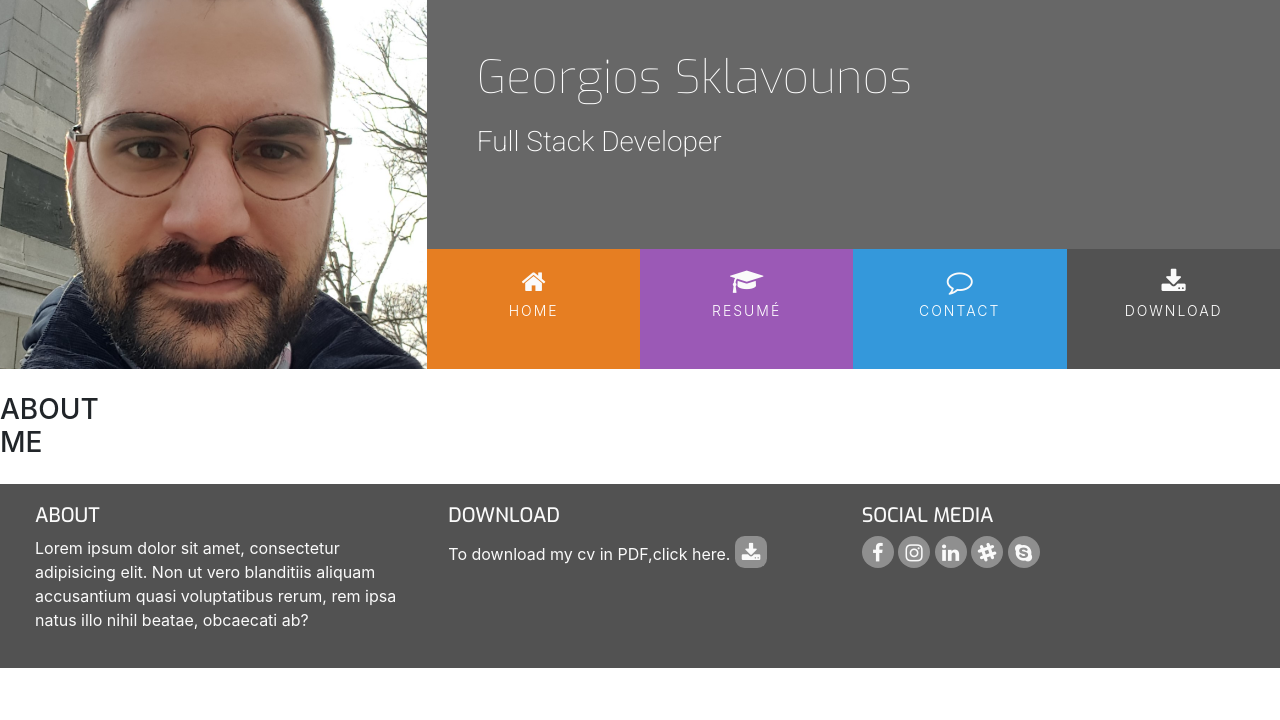
Repository: GeorgiosSklav/MyResume
Page: index.html
The author's editor kept a record of every edit. The page is drawn from the files as they stood at one moment, then again after the next edit.
The browser window is 1280 px wide. The pictures show the whole page.

Above is the page before.

### index.html
<!DOCTYPE html>
<html lang="en">

<head>
    <meta charset="UTF-8">
    <meta name="viewport" content="width=device-width, initial-scale=1.0">
    <meta http-equiv="X-UA-Compatible" content="ie=edge">
    <link rel="stylesheet" href="https://stackpath.bootstrapcdn.com/bootstrap/4.3.1/css/bootstrap.min.css" type="text/css" />
    <link rel="stylesheet" href="https://stackpath.bootstrapcdn.com/font-awesome/4.7.0/css/font-awesome.min.css" type="text/css" />
    <link rel="stylesheet" href="assets/css/style.css" type="text/css" />
    <link rel="stylesheet" href="https://cdnjs.cloudflare.com/ajax/libs/hover.css/2.3.1/css/hover-min.css" type="text/css" />
    <title>Georgios Sklavounos resume</title>
</head>

<body>
    <header>
        <div class="row no-gutters">
            <a href="index.html" class="col-md-4 logo">

            </a>
            <div class="col-md-8">
                <div class="row no-gutters bg-color-name-title">
                    <div class="col heading">
                        <h1 class="name">Georgios Sklavounos</h1>
                        <h2 class="title">Full Stack Developer</h2>
                    </div>
                </div>
                <div class="row no-gutters">
                    <div class="col">
                        <ul id="nav" class="list-inline menucontainer">
                            <li class="col-6 col-sm-3 color-home list-inline-item menu-item">
                                <a href="#" class="hvr-sweep-to-right"><i class="fa fa-home" aria-hidden="true"></i><span>Home</span></a>
                            </li>
                            <li class="col-6 col-sm-3 color-resume list-inline-item menu-item">
                                <a href="#" class="hvr-sweep-to-left"><i class="fa fa-graduation-cap" aria-hidden="true"></i><span>Resumé</span></a>
                            </li>
                            <li class="col-6 col-sm-3 color-contact list-inline-item menu-item">
                                <a href="#" class="hvr-sweep-to-right"><i class="fa fa-comment-o" aria-hidden="true"></i><span>Contact</span></a>
                            </li>
                            <li class="col-6 col-sm-3 color-download list-inline-item menu-item">
                                <a href="#" class="hvr-sweep-to-left"><i class="fa fa-download" aria-hidden="true"></i><span>Download</span></a>
                            </li>
                        </ul>
                    </div>
                </div>
            </div>
    </header>
    <setion class="container-fluid">
<div class="row row-table">
    <div class="col-md-8 bg-color-three-reasons section-column">
        <div class="row">
            <div class="col">
                <h3 class="section-heading uppercase">About Me</h3>
            </div>
        </div>
    </div>
</div>
    </setion>
    <footer class="container-fluid">
        <div class="row" id="footer-details">
            <div class="col-sm-4">
                <h5 class="uppercase general-sub">About</h5>
                <p class="inline-block">
                    Lorem ipsum dolor sit amet, consectetur adipisicing elit. Non ut vero blanditiis aliquam accusantium quasi voluptatibus rerum, rem ipsa natus illo nihil beatae, obcaecati ab?
                </p>
            </div>
            <div class="col-sm-4">
                <h5 class="uppercase general-sub">Download</h5>
                <p class="inline-block">
                    To download my cv in PDF,click here.
                    <a href="#" target="_blank" class="cv-pdf">
                        <i class="fa fa-download" aria-hidden="true"></i>
                        <span class="sr-only">Download icon.</span>
                    </a>
                </p>
            </div>
            <div class="col-sm-4">
                <h5 class="uppercase general-sub">Social Media</h5>
                <ul class="list-inline social-links">
                    <li class="list-inline-item">
                        <a target="_blank" href="#" >
                            <i class="fa fa-facebook"></i>
                            <span class="sr-only">Facebook</span>
                        </a>
                    </li>
                    <li class="list-inline-item">
                        <a target="_blank" href="#" >
                            <i class="fa fa-instagram"></i>
                            <span class="sr-only">Instagram</span>
                        </a>
                    </li>
                    <li class="list-inline-item">
                        <a target="_blank" href="#" >
                            <i class="fa fa-linkedin"></i>
                            <span class="sr-only">Linked-In</span>
                        </a>
                    </li>
                    <li class="list-inline-item">
                        <a target="_blank" href="#" >
                            <i class="fa fa-slack"></i>
                            <span class="sr-only">Slack</span>
                        </a>
                    </li>
                    <li class="list-inline-item">
                        <a target="_blank" href="#" >
                            <i class="fa fa-skype"></i>
                            <span class="sr-only">Skype</span>
                        </a>
                    </li>
                </ul>
            </div>
        </div>
    </footer>
</body>

</html>

### assets/css/style.css
@import url('https://fonts.googleapis.com/css?family=Roboto:100,200,300,400,500,600,700|Exo:100,200,300,400,500,600,700');



/*-------------------------colours*/

.bg-color-name-title {
    background-color: #676767;
}

.color-home {
    background-color: #e67e22;
}

.color-resume {
    background-color: #9b59b6;
}

.color-contact {
    background-color: #3498db;
}

.color-download {
    background-color: #525252;
}
.bg-color-three-reasons {
    background-color: #fff;
}


/*---------------------------------Paddings,texts,etc*/

h1,
h2,
h3,
h4 {
    margin: 0;
}

.uppercase {
    text-transform: uppercase;
}

.general-sub {
    font-family: "Exo", sans-serif;
    color: #fafafa;
}

.inline-block {
    display: inline-block;
}
.row-table {
    display: table;
}



/*----------------------heading*/

header {
    margin: 0;
}

.heading {
    margin-left: 50px;
}

.logo {
    background: url("../images/pic2.jpg");
    background-position: center;
    background-repeat: no-repeat;
    background-size: cover;
    min-height: 360px;
    transition: all 0.5s ease-in-out;
    -moz-transition: all 0.5s ease-in-out;
    -webkit-transition: all 0.5s ease-in-out;

}

.name {
    font-family: "Exo", sans-serif;
    font-weight: 100;
    font-size: 46px;
    margin-top: 50px;
    color: #fff;
}

.title {
    font-family: "Roboto", sans-serif;
    font-weight: 200;
    font-size: 28px;
    margin-top: 20px;
    margin-bottom: 90px;
    color: #fff;
}

.list-inline-item:not(:last-child) {
    margin: 0;
}

.menucontainer {
    font-size: 0;
}

#nav {
    margin: 0;
}

#nav li {
    font-size: 14px;
    padding: 0;
}

.menu-item {
    height: 120px;
    text-align: center;
    padding: 0;
}

.menu-item a {
    width: 100%;
    text-decoration: none;
    color: #fff;
    height: 120px;
}

.menu-item a i {
    padding-top: 20px;
    display: block;
    color: #fafafa;
    font-size: 26px;
}

.menu-item span {
    display: block;
    width: 100%;
    padding-top: 5px;
    text-align: center;
    text-transform: uppercase;
    font-size: 14px;
    font-weight: 300;
    letter-spacing: 2px;
}

/*--------------------------hover style*/

.hvr-sweep-to-right:before {
    background: rgb(0, 0, 0);
    height: 120px;
}

.hvr-sweep-to-left:before {
    background: rgba(0, 0, 0, 0.2);
    height: 120px;
}

/*---------------------------------footer*/

footer {
    background-color: #525252;
    color: #fafafa;
    min-height: 120px;
    margin: 0;
}

.social-links i {
    width: 32px;
    height: 32px;
    padding: 12px 0;
    border-radius: 50%;
    font-size: 20px;
    line-height: 10px;
    text-align: center;
    color: #fafafa;
    background: #8f8f8f;
    transition: all 0.35s ease-in-out;
    -moz-transition: all 0.35s ease-in-out;
    -o-transition: all 0.35s ease-in-out;
    -webkit-transition: all 0.35s ease-in-out;

}

.cv-pdf i {
    /*font-size: 19px;
    text-align: center;
    color: #fafafa;
    padding-left: 5px;
    transition: all 0.35s ease-in-out;
    -moz-transition: all 0.35s ease-in-out;
    -o-transition: all 0.35s ease-in-out;
    -webkit-transition: all 0.35s ease-in-out;*/
       width: 32px;
    height: 32px;
    padding: 12px 0;
    border-radius: 30%;
    font-size: 20px;
    line-height: 10px;
    text-align: center;
    color: #fafafa;
    background: #8f8f8f;
    transition: all 0.35s ease-in-out;
    -moz-transition: all 0.35s ease-in-out;
    -o-transition: all 0.35s ease-in-out;
    -webkit-transition: all 0.35s ease-in-out;


}

.cv-pdf i:hover {
    color: #e84610;
}
.social-links i:hover {
   color: #8f8f8f;
   background: #e84610;
}
#footer-details {
    padding: 20px;
}

After the next edit:
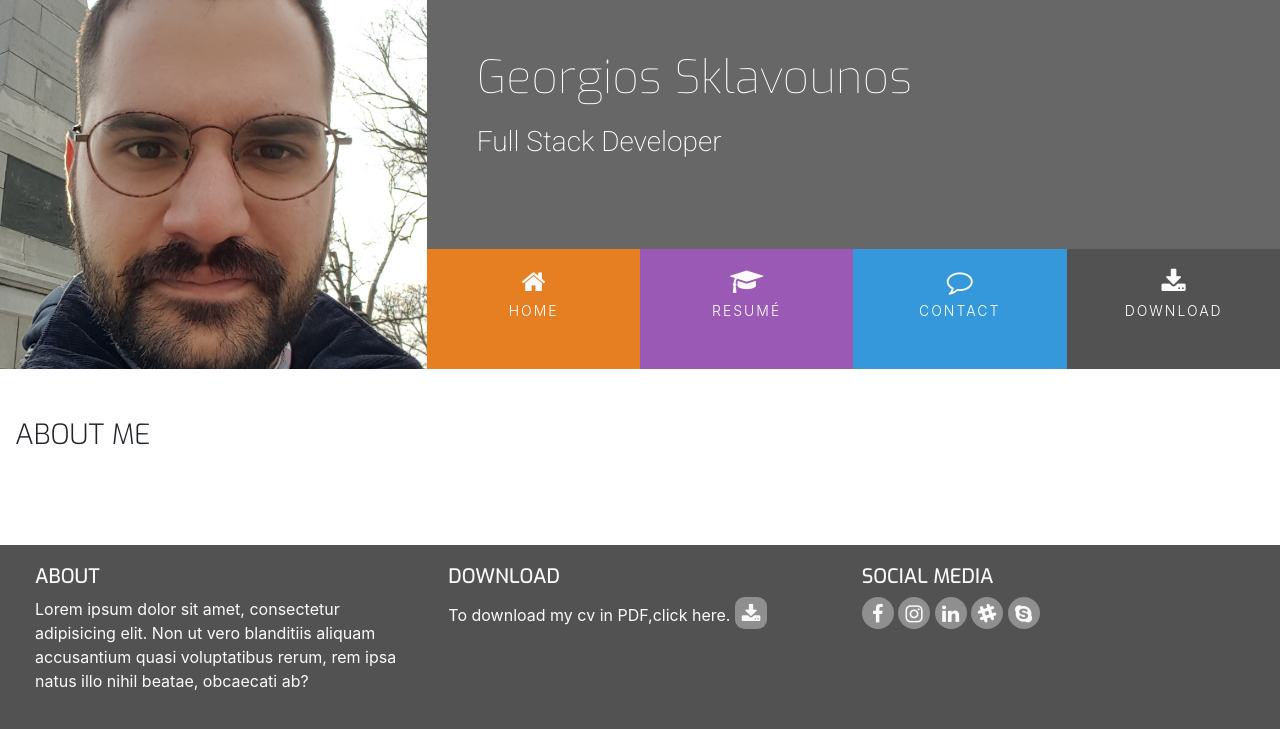
The edit:
--- a/assets/css/style.css
+++ b/assets/css/style.css
@@ -52,9 +52,18 @@
 .row-table {
     display: table;
 }
-
-
-
+.section-column {
+    display: table-cell;
+    padding: 0 30px 30px;
+    float: none;
+}
+
+.section-heading {
+    font-family: "Exo", sans-serif;
+    font-weight: 300;
+    margin-top: 25px;
+    margin-bottom: 40px;
+}
 /*----------------------heading*/
 
 header {
